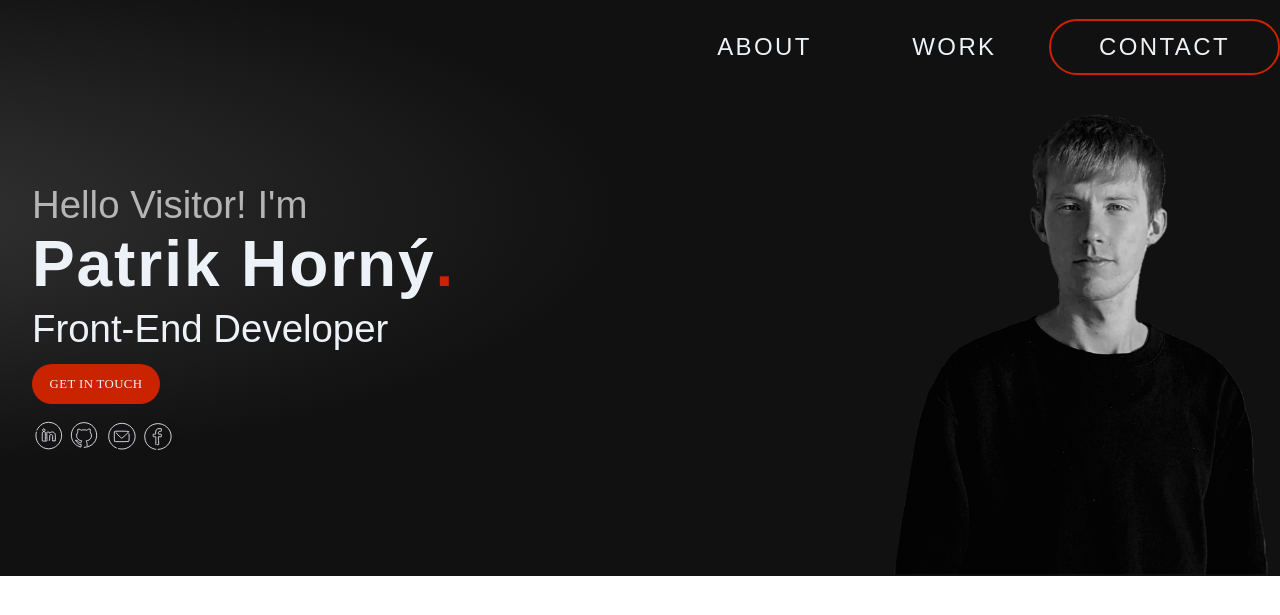
Repository: Spreceriany/portfolio
Page: index.html
These files come from the project's save history. The page is drawn as it stood at one moment and after the next save; the edit follows.
The browser window is 1280 px wide. The pictures show the whole page.
Some web fonts or font styles are not loaded; a fallback is used. The style sheet was rebuilt from its Sass, Less or Tailwind sources for each picture, by a compiler version that may differ from the author's.

Above is the page before, as saved 2021-03-07 18:21:11.

After the next save:
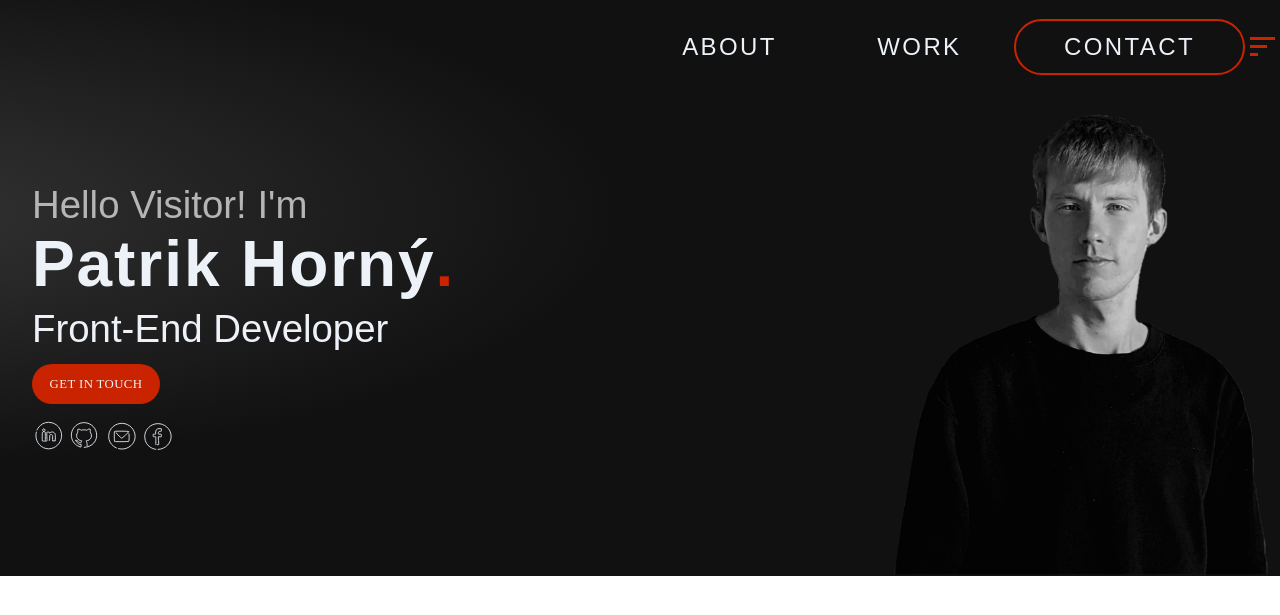
Saved 48 s later.
--- a/css/style.scss
+++ b/css/style.scss
@@ -38,7 +38,34 @@
     align-items: center;
     top: 0;
     right: 0;
-
+    .burger {
+      cursor: pointer;
+      @media (min-width: 996px) {
+        .burger{
+           display: none;
+        }
+
+      }
+      div {
+        background-color: $orange;
+        margin: 5px;
+        transition: transform 500ms ease, opacity 500ms ease, width 500ms ease;
+        &:nth-child(1) {
+          width: 25px;
+          height: 3px;
+        }
+        &:nth-child(2) {
+          width: 17px;
+          height: 3px;
+        }
+
+        &:nth-child(3) {
+          width: 8px;
+          height: 3px;
+        }
+      }
+
+    }
     ul {
       margin-left: auto;
       display: none;

After the save that followed:
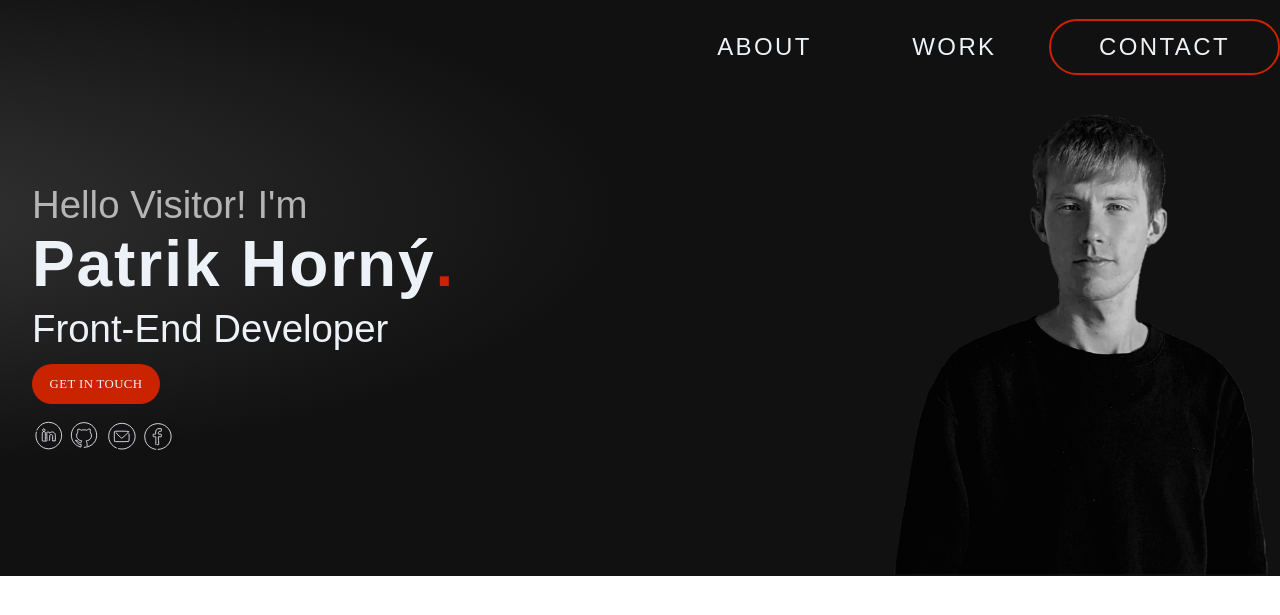
Saved 25 s later.
--- a/css/style.scss
+++ b/css/style.scss
@@ -41,9 +41,8 @@
     .burger {
       cursor: pointer;
       @media (min-width: 996px) {
-        .burger{
+
            display: none;
-        }
 
       }
       div {
